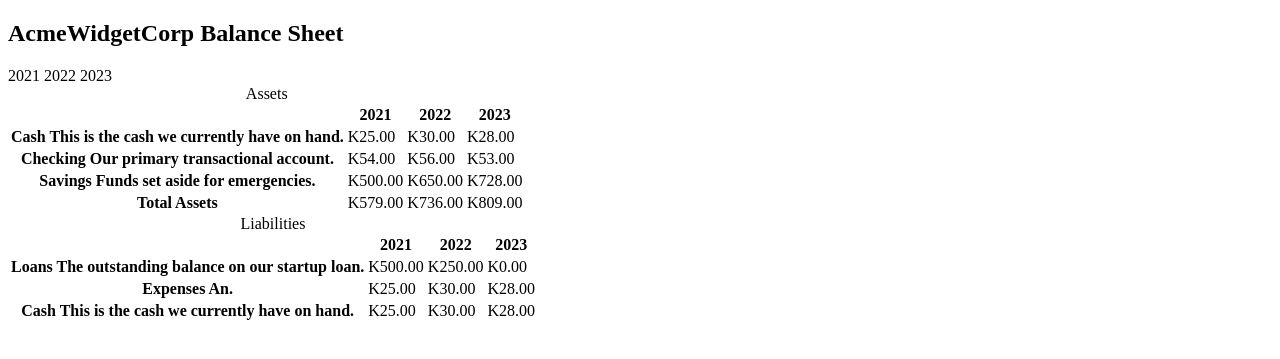
Repository: Lungdjos/balance_shee
Page: index.html
The author's editor kept a copy of each file at every save. The page is drawn from the files as they stood at one save, then again after the next save.
The browser window is 1280 px wide. The pictures show the whole page.

Above is the page before, as saved 2023-10-31 16:53:46.

### index.html
<!DOCTYPE html>
<html lang="en">

<head>
    <meta charset="UTF-8">
    <meta name="viewport" content="width=device-width, initial-scale=1.0">
    <title>Balance Sheet</title>
    <link rel="stylesheet" href="styles.css">
</head>

<body>
    <main>
        <section>
            <h1>
                <span class="flex">
                <span>AcmeWidgetCorp</span>
                <span>Balance Sheet</span>
                </span>
            </h1>
            <div id="years" aria-hidden="true">
                <span class="year">2021</span>
                <span class="year">2022</span>
                <span class="year">2023</span>
            </div>
            <div class="table-wrap">
                <table>
                    <caption>Assets</caption>
                    <thead>
                        <tr>
                            <td></td>
                            <th><span class="sr-only year">2021</span></th>
                            <th><span class="sr-only year">2022</span></th>
                            <th class="current"><span class="current">2023</span></th>
                        </tr>
                    </thead>
                    <tbody>
                        <tr class="data">
                            <th>
                                Cash <span class="description">This is the cash we currently have on hand.</span>
                            </th>
                            <td>K25.00</td>
                            <td>K30.00</td>
                            <td class="current">K28.00</td>
                        </tr>
                        <tr class="data">
                            <th>
                                Checking <span class="description">Our primary transactional account.</span>
                            </th>
                            <td>K54.00</td>
                            <td>K56.00</td>
                            <td class="current">K53.00</td>
                        </tr>
                        <tr class="data">
                            <th>
                                Savings <span class="description">Funds set aside for emergencies.</span>
                            </th>
                            <td>K500.00</td>
                            <td>K650.00</td>
                            <td class="current">K728.00</td>
                        </tr>
                        <tr class="total">
                            <th>
                                Total <span class="sr-only">Assets</span>
                            </th>
                            <td>K579.00</td>
                            <td>K736.00</td>
                            <td class="current">K809.00</td>
                        </tr>
                    </tbody>
                </table>
                <table>
                    <caption>Liabilities</caption>
                    <thead>
                        <tr>
                            <td></td>
                            <th><span class="sr-only">2021</span></th>
                            <th><span class="sr-only">2022</span></th>
                            <th><span class="sr-only">2023</span></th>

                        </tr>
                    </thead>
                    <tbody>
                        <tr class="data">
                            <th>
                                Loans <span class="description">The outstanding balance on our startup loan.</span>
                            </th>
                            <td>K500.00</td>
                            <td>K250.00</td>
                            <td class="current">K0.00</td>
                        </tr>
                        <tr class="data">
                            <th>
                                Expenses <span class="description">An.</span>
                            </th>
                            <td>K25.00</td>
                            <td>K30.00</td>
                            <td class="current">K28.00</td>
                        </tr>
                        <tr class="data">
                            <th>
                                Cash <span class="description">This is the cash we currently have on hand.</span>
                            </th>
                            <td>K25.00</td>
                            <td>K30.00</td>
                            <td class="current">K28.00</td>
                        </tr>
                        <tr class="total"></tr>
                    </tbody>
                </table>
                <table></table>
            </div>
        </section>
    </main>
</body>

</html>

</html>

Loaded but not shown: styles.css (no copy from this time; the picture is the same without it)

After the next save:
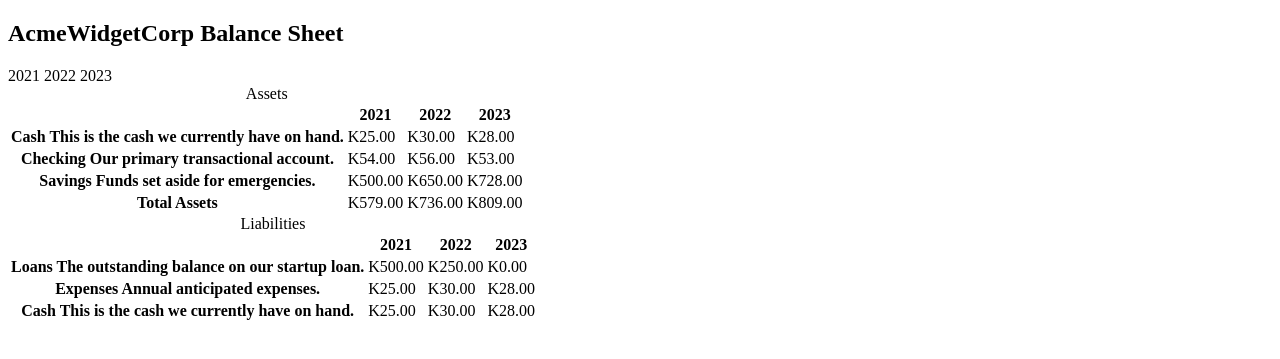
Saved 9 s later.
--- a/index.html
+++ b/index.html
@@ -90,7 +90,7 @@
                         </tr>
                         <tr class="data">
                             <th>
-                                Expenses <span class="description">An.</span>
+                                Expenses <span class="description">Annual anticipated expenses.</span>
                             </th>
                             <td>K25.00</td>
                             <td>K30.00</td>
